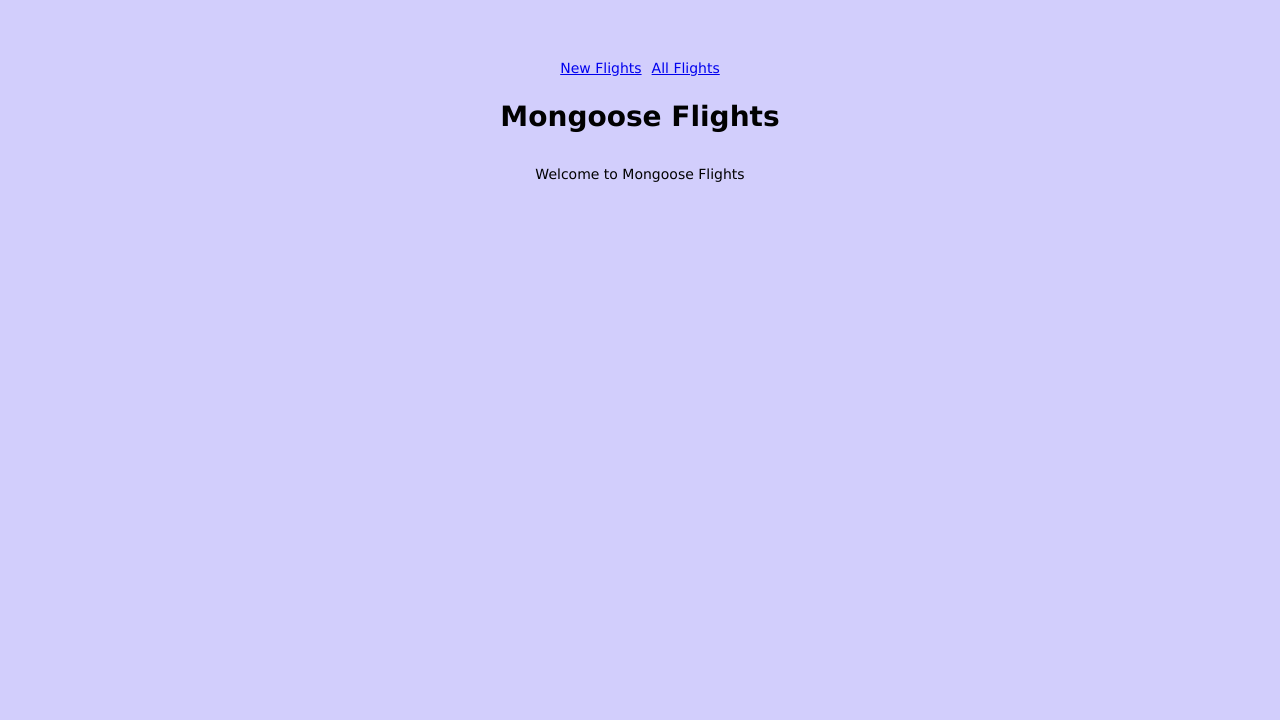
Repository: jmendoza13/mongoose-flights
Page: http://localhost/
These files come from the project's save history. The page is drawn as it stood at one moment and after the next save; the edit follows.
The browser window is 1280 px wide. The pictures show the whole page.
The page is served by the project's Node server (server.js). Other server files are loaded and not shown.

Above is the page before, as saved 2022-07-22 12:17:20.

### views/index.ejs
<%- include('./partials/header') %>

   <h1><%= title %></h1>
    <p>Welcome to <%= title %></p>

    <%- include('./partials/footer') %>

### views/Partials/header.ejs
<!DOCTYPE html>
<html lang="en">

<head>
    <meta charset="UTF-8">
    <meta http-equiv="X-UA-Compatible" content="IE=edge">
    <meta name="viewport" content="width=device-width, initial-scale=1.0">
    <link rel='stylesheet' href='/stylesheets/style.css' />
    <title>Flights</title>
</head>

<body>
    <nav>
        <a href="/flights/new">New Flights</a>
        <a href="/flights">All Flights</a>
    </nav>

### server.js
var createError = require('http-errors');
var express = require('express');
var path = require('path');
var cookieParser = require('cookie-parser');
var logger = require('morgan');

require('dotenv').config();

require('./config/database');

var indexRouter = require('./routes/index');
var flightsRouter = require('./routes/flights');
var destinationsRouter = require('./routes/destinations');
var ticketsRouter = require('./routes/tickets');

var app = express();

// view engine setup
app.set('views', path.join(__dirname, 'views'));
app.set('view engine', 'ejs');

app.use(logger('dev'));
app.use(express.json());
app.use(express.urlencoded({ extended: false }));
app.use(cookieParser());
app.use(express.static(path.join(__dirname, 'public')));

app.use('/', indexRouter);
app.use('/flights', flightsRouter);
app.use('/', destinationsRouter);
app.use('/', ticketsRouter);

// catch 404 and forward to error handler
app.use(function(req, res, next) {
  next(createError(404));
});

// error handler
app.use(function(err, req, res, next) {
  // set locals, only providing error in development
  res.locals.message = err.message;
  res.locals.error = req.app.get('env') === 'development' ? err : {};

  // render the error page
  res.status(err.status || 500);
  res.render('error');
});

module.exports = app;

### routes/index.js
var express = require('express');
var router = express.Router();

/* GET home page. */
router.get('/', function(req, res, next) {
  res.render('index', { title: 'Mongoose Flights' });
});

module.exports = router;

### public/stylesheets/style.css
body {
  padding: 50px;
  font: 14px "Lucida Grande", Helvetica, Arial, sans-serif;
  display: grid;
  justify-content: center;
  background-color: rgb(210, 206, 252);
  text-align: center;
  margin: 5px;
  grid-template-areas:
    "nav"
    "main"
}

nav, h1, p {
  display: flex;
  color: #010101;
  justify-content: center;
  align-items: center;
  text-align: center;
}

a {
  padding: 5px;
}

Loaded but not shown: views/Partials/footer.ejs (common file)

After the next save:
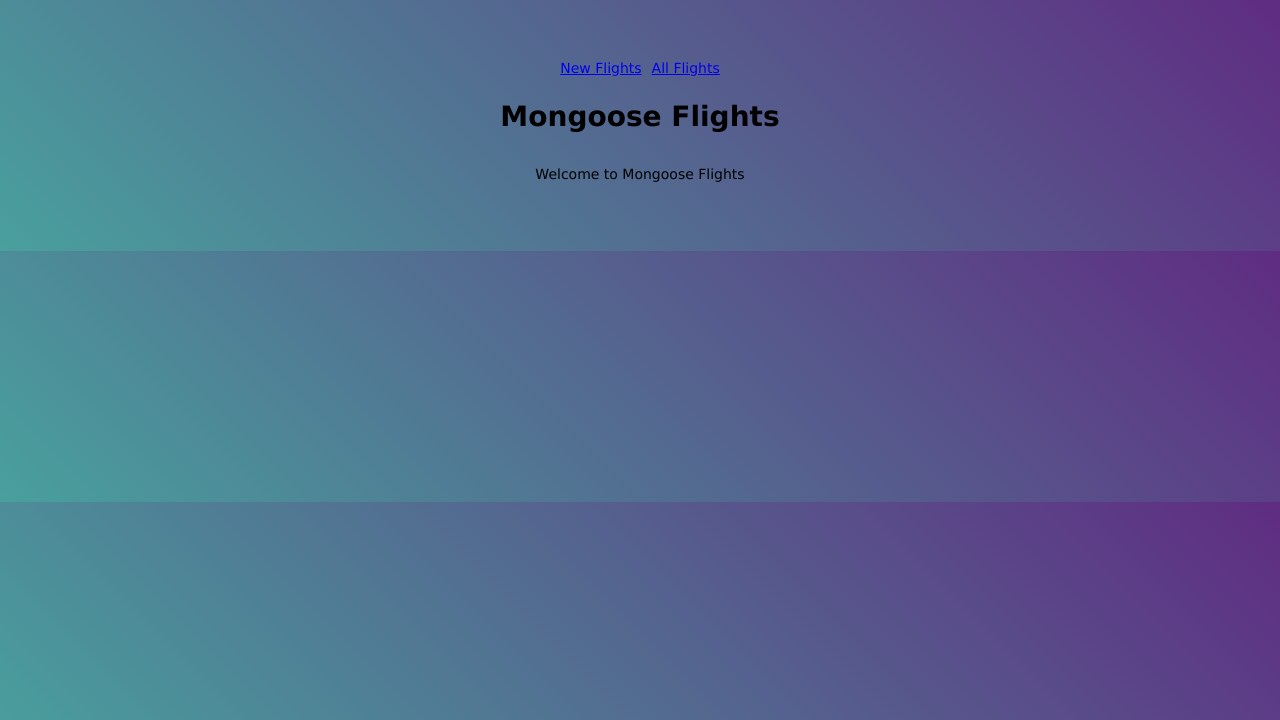
Saved 5 min 2 s later.
--- a/public/stylesheets/style.css
+++ b/public/stylesheets/style.css
@@ -3,7 +3,7 @@ body {
   font: 14px "Lucida Grande", Helvetica, Arial, sans-serif;
   display: grid;
   justify-content: center;
-  background-color: rgb(210, 206, 252);
+  background: linear-gradient(45deg, #49a09d, #5f2c82);
   text-align: center;
   margin: 5px;
   grid-template-areas:
